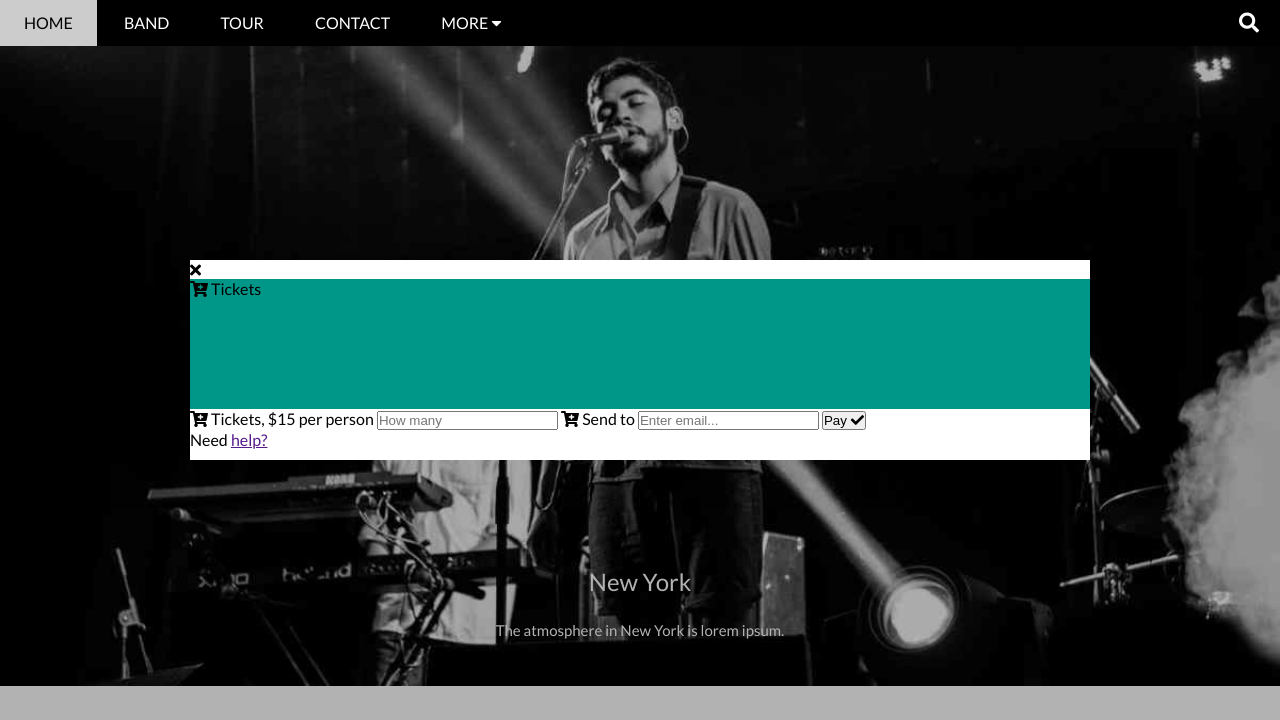
Repository: phunobi1807/theband
Page: index.html
These files come from the project's save history. The page is drawn as it stood at one moment and after the next save; the edit follows.
The browser window is 1280 px wide. The pictures show the window.
A layer covers the whole window, so only the first screen is drawn.

Above is the page before, as saved 2021-07-16 19:48:14.

### index.html
<!DOCTYPE html>
<html lang="en">

<head>
    <meta charset="UTF-8">
    <meta http-equiv="X-UA-Compatible" content="IE=edge">
    <meta name="viewport" content="width=device-width, initial-scale=1.0">
    <title>Document</title>
    <link rel="icon" href="favicon.ico" type="/assets/img/bandmember.jpg" />
    <link rel="stylesheet" href="./assets/css/style.css">
    <link rel="stylesheet" href="https://use.fontawesome.com/releases/v5.15.3/css/all.css"
        integrity="sha384-SZXxX4whJ79/gErwcOYf+zWLeJdY/qpuqC4cAa9rOGUstPomtqpuNWT9wdPEn2fk" crossorigin="anonymous">
</head>

<body>
    <div id="main">
        <div id="header">
            <!-- Begin: Nav  -->
            <ul id="nav">
                <li><a href="">Home</a></li>
                <li><a href="">Band</a></li>
                <li><a href="">Tour</a></li>
                <li><a href="">Contact</a></li>
                <li>
                    <a href="">
                        More
                        <i class="fa fa-caret-down"></i>

                    </a>
                    <ul class="subnav">
                        <li><a href="">Merchandise</a></li>
                        <li><a href="">Extras</a></li>
                        <li><a href="">Media</a></li>
                    </ul>
                </li>
            </ul>
            <!-- END: Nav  -->


            <!-- Begin: Search  -->
            <div class="search-btn">
                <i class="search-icon fas fa-search"></i>
            </div>
            <!-- END: Search  -->
        </div>

        <div id="slider">
            <div class="text-content">
                <h2 class="text-heading">
                    New York
                </h2>
                <div class="text-description">
                    The atmosphere in New York is lorem ipsum.
                </div>
            </div>
        </div>

        <div id="content">

            <!-- About Section  -->
            <div class="content-section">
                <h2 class="section-heading">
                    THE BAND
                </h2>
                <p class="section-sub-heading">
                    We love music
                </p>
                <p class="about-text">
                    We have created a fictional band website. Lorem ipsum dolor sit amet, consectetur adipiscing elit,
                    sed do eiusmod tempor incididunt ut labore et dolore magna aliqua. Ut enim ad minim veniam, quis
                    nostrud exercitation ullamco laboris nisi ut aliquip
                    ex ea commodo consequat. Duis aute irure dolor in reprehenderit in voluptate velit esse cillum
                    dolore eu fugiat nulla pariatur. Excepteur sint occaecat cupidatat non proident, sunt in culpa qui
                    officia deserunt mollit anim id est laborum consectetur
                    adipiscing elit, sed do eiusmod tempor incididunt ut labore et dolore magna aliqua. Ut enim ad minim
                    veniam, quis nostrud exercitation ullamco laboris nisi ut aliquip ex ea commodo consequat.
                </p>
                <div class="members-list">
                    <div class="member-item">
                        <p class="member-name">
                            Name
                        </p>
                        <img src="./assets/img/bandmember.jpg" alt="Name" class="member-img">
                    </div>
                    <div class="member-item">
                        <p class="member-name">
                            Name
                        </p>
                        <img src="./assets/img/bandmember.jpg" alt="Name" class="member-img">
                    </div>
                    <div class="member-item">
                        <p class="member-name">
                            Name
                        </p>
                        <img src="./assets/img/bandmember.jpg" alt="Name" class="member-img">
                    </div>
                </div>
                <div class="clear"></div>
            </div>

            <!-- Tour Section  -->
            <div class="tour-section">
                <div class="content-section">
                    <h2 class="section-heading text-white">
                        TOUR DATES
                    </h2>
                    <p class="section-sub-heading text-white">
                        Remember to book your tickets!
                    </p>
                    <ul class="tickets-list">
                        <li>September <span class="sold-out">Sold out</span></li>
                        <li>October <span class="sold-out">Sold out</span></li>
                        <li>November <span class="quantity">3</span></li>
                    </ul>
                    <!-- Places  -->
                    <div class="places-list">
                        <div class="place-item">
                            <img src="./assets/img/place1.jpg" alt="New York" class="place-img">
                            <div class="place-body">
                                <h3 class="place-heading">
                                    New York
                                </h3>
                                <p class="place-time">
                                    Fri 27 Nov 2016
                                </p>
                                <p class="place-description">
                                    Praesent tincidunt sed tellus ut rutrum sed vitae justo.
                                </p>
                                <a href="#" class="place-buy-btn" onclick="myFunction()">Buy Tickets</a>
                            </div>
                        </div>
                        <div class="place-item">
                            <img src="./assets/img/place2.jpg" alt="New York" class="place-img">
                            <div class="place-body">
                                <h3 class="place-heading">
                                   Paris
                                </h3>
                                <p class="place-time">
                                    Fri 28 Nov 2016
                                </p>
                                <p class="place-description">
                                    Praesent tincidunt sed tellus ut rutrum sed vitae justo.
                                </p>
                                <a href="#" class="place-buy-btn" onclick="myFunction()">Buy Tickets</a>
                            </div>
                        </div>
                        <div class="place-item">
                            <img src="./assets/img/place3.jpg" alt="New York" class="place-img">
                            <div class="place-body">
                                <h3 class="place-heading">
                                    San Francisco
                                </h3>
                                <p class="place-time">
                                    Fri 29 Nov 2016
                                </p>
                                <p class="place-description">
                                    Praesent tincidunt sed tellus ut rutrum sed vitae justo.
                                </p>
                                <a href="#" class="place-buy-btn" onclick="myFunction()">Buy Tickets</a>
                            </div>
                        </div>
                        <div class="clear"></div>
                    </div>
                </div>
            </div>

            <!-- Contact Section  -->
            <div class="content-section">
                <h2 class="section-heading">
                    CONTACT
                </h2>
                <p class="section-sub-heading">
                    Fan? Drop a note!
                </p>
            </div>
        </div>


        <div id="footer">

        </div>
    </div>
    <div class="modal">
            <div class="modal-container">
                <div class="modal-close">
                    <i class="fas fa-times"></i>
                </div>
                <header class="modal-header">
                    <i class="fas fa-cart-plus"></i>
                    Tickets
                </header>
                <div class="modal-body">
                    <label for="" class="modal-label">
                        <i class="fas fa-cart-plus"></i>
                        Tickets, $15 per person
                    </label>
                    <input type="text" class="modal-input" placeholder="How many">

                    <label for="" class="modal-label">
                        <i class="fas fa-cart-plus"></i>
                        Send to
                    </label>
                    <input type="email" class="modal-input" placeholder="Enter email...">

                    <button id="buy-tickets">
                        Pay
                        <i class="fas fa-check"></i>
                    </button>
                </div>

                <footer class="modal-footer">
                    <p class="modal-help">
                        Need
                        <a href="">help?</a>
                    </p>
                </footer>
            </div>
    </div>

</body>

</html>

### assets/css/style.css
/* Reset CSS  */
@import url(https://fonts.googleapis.com/css2?family=Lato:wght@100;200;300;400;500;600;800;900&display=swap);
*
{
    padding: 0;
    margin: 0;
    box-sizing: border-box;
}

html
{
    scroll-behavior: smooth;
    font-family: 'Lato', sans-serif;
}
/*
1.Từ ngoài vào trong
2.Từ trên xuống dưới
3.Tổng quan đến chi tiết
 */


/* 1.Vị trí
    2.Kích thướt
    3.Màu sắc
    4.Kiểu dáng
 */
 .clear
 {
     clear: both;
 }
.text-white
{
    color: #fff !important;
}




 #header
 {
    height: 46px;
    background-color: #000;
    position: fixed;
    top: 0;
    left: 0;
    right: 0;
    z-index: 1;
 }

 #nav
 {
     display: inline-block;
 }
 #nav, .subnav
 {
     list-style-type: none;
 }

 #nav > li
 {
    display: inline-block;
 }

 #nav li
 {

     position: relative;

 }
 #nav >  li:hover > a,
 #nav .subnav li:hover a
 {
     color: #000;
     background-color: #ccc;
 }

 #nav > li > a
 {
    color: #fff;
    text-transform: uppercase;
 }
 #nav li a
 {
    line-height: 46px;
    padding: 0px 24px;
    text-decoration: none;
    display: block;
 }
 #nav li:hover .subnav
 {
     display: block;
 }
 #nav .subnav
 {
     display: none;
     min-width: 160px;
     position: absolute;
     top: 100%;
     background-color: #fff;
     box-shadow: 0 0 10px rgba(0, 0, 0, 0.3);
 }
 #nav .subnav a
 {
     color: #000;
     padding: 0px 12px;
     line-height: 38px;
 }


 #header .search-btn
{
    float: right;
    padding: 0px 21px;
}
#header .search-btn:hover
{
    background-color: #f44336;
    cursor: pointer;
}

#header .search-icon
{
    color: #fff;
    font-size: 20px;
    line-height: 46px;


}
 #slider
 {
   position: relative;
   margin-top: 46px;
   padding-top: 50%;
   background: url('/assets/img/chicago.jpg') center / cover no-repeat ;
 }

#slider .text-content
{
    position: absolute;
    bottom: 47px;
    color: #fff;
    text-align: center;
    width: 100%;
}

#slider .text-heading
{
    font-weight: 500;
    font-size: 24px;
}

#slider .text-description
{
    font-size: 15px;
    margin-top: 25px;
}


 #content
 {

 }

 #content .content-section
 {
     width: 800px;
     padding: 64px 0px;
     margin: auto;
 }

 #content .section-heading
 {
     font-size: 30px;
     text-align: center;
     font-weight: 500;
     letter-spacing: 4px;
 }
 #content .section-sub-heading
 {
     font-size: 15px;
     text-align: center;
     margin: 25px 0px;
     font-style: italic;
     opacity: 0.6;

 }

 #content .about-text
 {
     font-size: 15px;
     text-align: justify;
     line-height: 1.4;
 }
 #content .members-list
 {
     margin-top: 48px;
 }

 #content .member-item
 {
     float: left;
     width: 33.3333333%;
     text-align: center;
 }

 #content .member-name
 {
     font-size: 15px;

 }
 #content .member-img
{
    margin-top: 15px;
    width: 154px;
    border-radius: 4px;
}

/* Tour section  */
.tour-section
{
    background-color: #000;
}
.tickets-list
{
    background-color: #fff;
    margin-top: 40px;
}

.tickets-list li
{
    color: #757575;
    font-size: 15px;
    padding: 11px 16px;
    list-style-type: none;
    border-bottom: 1px solid #ddd;
}
.tickets-list .sold-out
{
background-color: #f44336;
color: #fff;
padding: 3px 4px;
margin-left: 16px;
}
.tickets-list .quantity
{
    float: right;
    width: 24px;
    height: 24px;
    background-color: #000;
    color: #fff;
    border-radius: 50%;
    text-align: center;
    line-height: 24px;
    margin-top: -2px;
}

/* Places  */
.places-list
{
    margin: 32px -8px 0px;
    padding-bottom: 48px;
}
.place-item
{
    float: left;
    width: 33.333333%;
    padding: 0px 8px;
}
.place-img
{
    width: 100%;
    display: block;
}
.place-img:hover
{
    opacity: 0.6;
}
.place-body
{
    padding: 16px;
    font-size: 15px;
    background-color: #fff;
}
.place-heading
{
   font-size: 15px;
   font-weight: 600;
}
.place-time
{
    margin-top: 15px;
    color: #757575;
}
.place-description
{
    margin-top: 15px;
    line-height: 1.4;
}
.place-buy-btn
{
    color: #fff;
    background-color: #000;
    text-decoration: none;
    padding: 11px 16px;
    display: inline-block;
    margin-top: 15px;
}
.place-buy-btn:hover
{
    color: #000;
    background-color: #ccc;
}
 #footer
 {

 }

 .modal
 {
     position: fixed;
     top: 0;
     right: 0;
     bottom: 0;
     left: 0;
     background-color: rgba(0,0,0,0.3);
     display: flex;
     align-items: center;
     justify-content: center;
 }
.modal-container
{
    background: #fff;
    width: 900px;
    min-height: 200px;
}
 header.modal-header
 {
     background: #009688;
     height:130px ;
 }

After the next save:
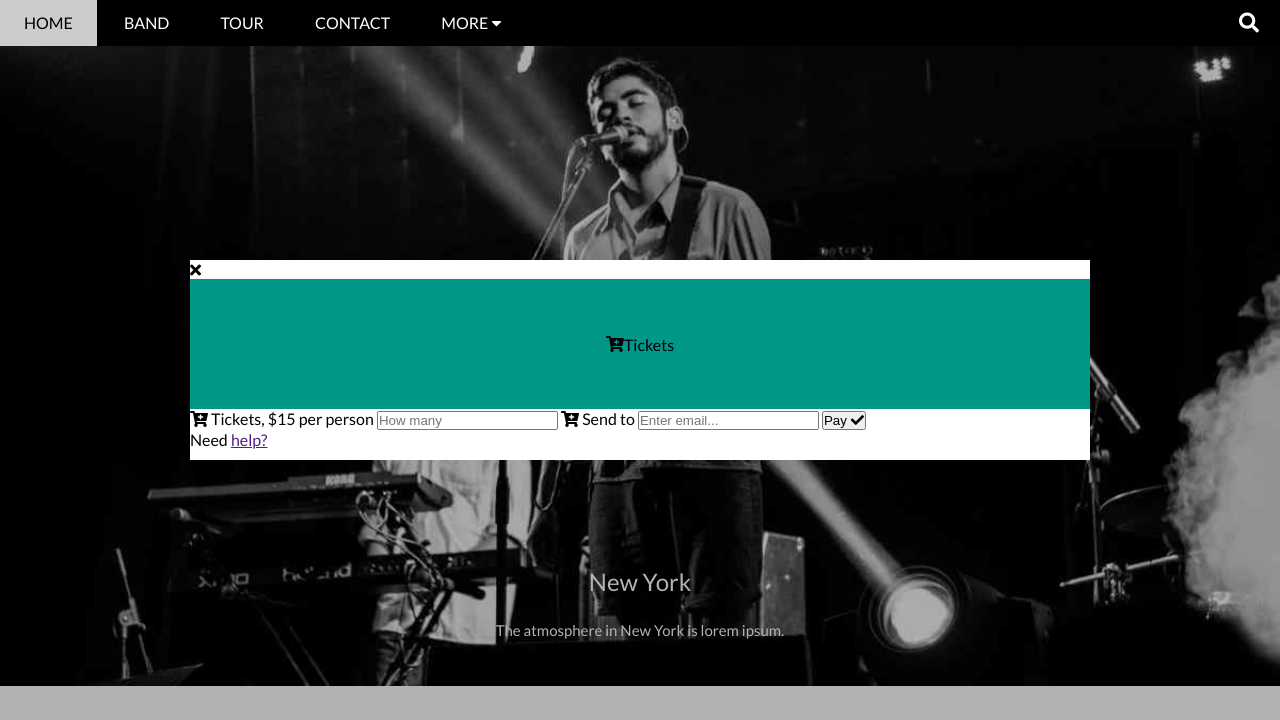
Saved 32 s later.
--- a/assets/css/style.css
+++ b/assets/css/style.css
@@ -336,5 +336,8 @@ margin-left: 16px;
  header.modal-header
  {
      background: #009688;
-     height:130px ;
- }
+     height:130px;
+     display: flex;
+     align-items: center;
+     justify-content: center;
+ }
